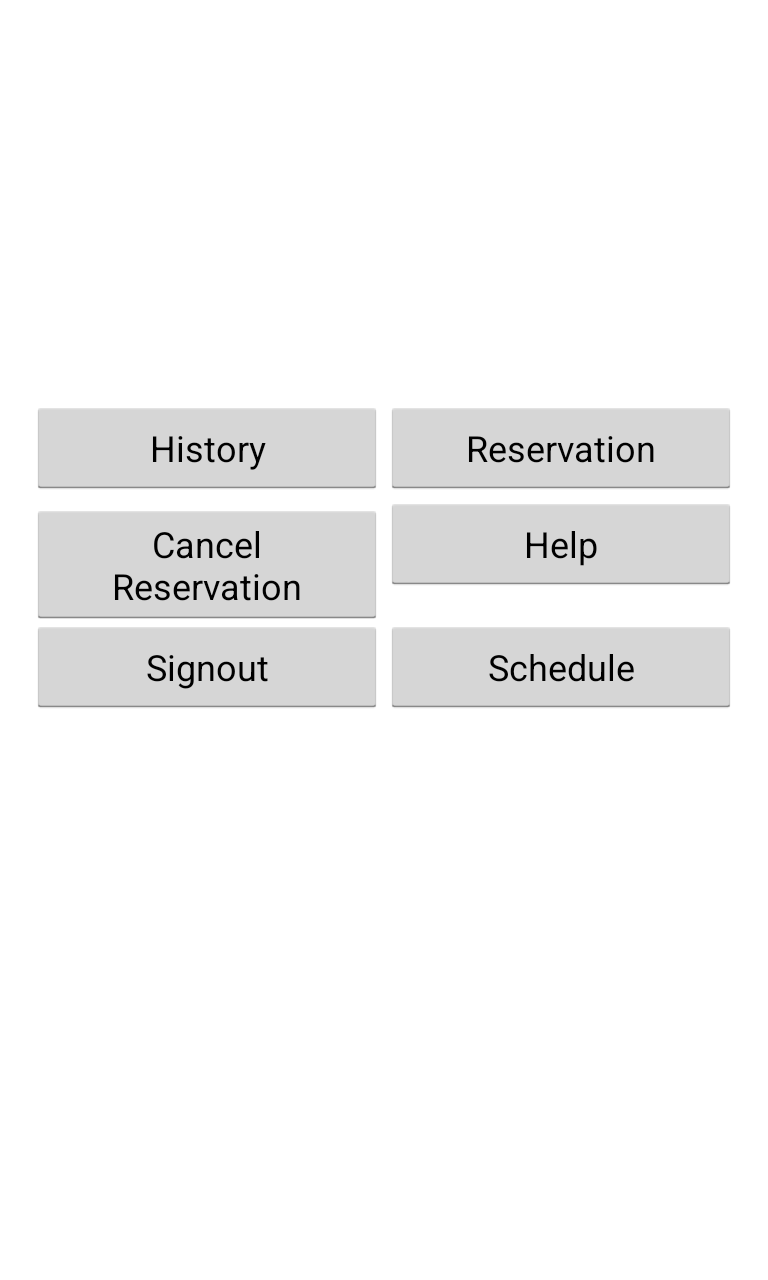
Repository: AungWinnHtut/MScAnd
Layout: com.example.com.engineer4myanmar.rtrs.MainActivity/res/layout/activity_main.xml
These files come from the project's save history. The layout is drawn as it stood at one moment and after the next save; the edit follows.
It is drawn on a 768 x 1280 px phone screen (xhdpi) without system bars, with theme AppTheme; the app's code is not run.

Above is the layout before, as saved 2015-06-21 07:03:21.

After the next save:
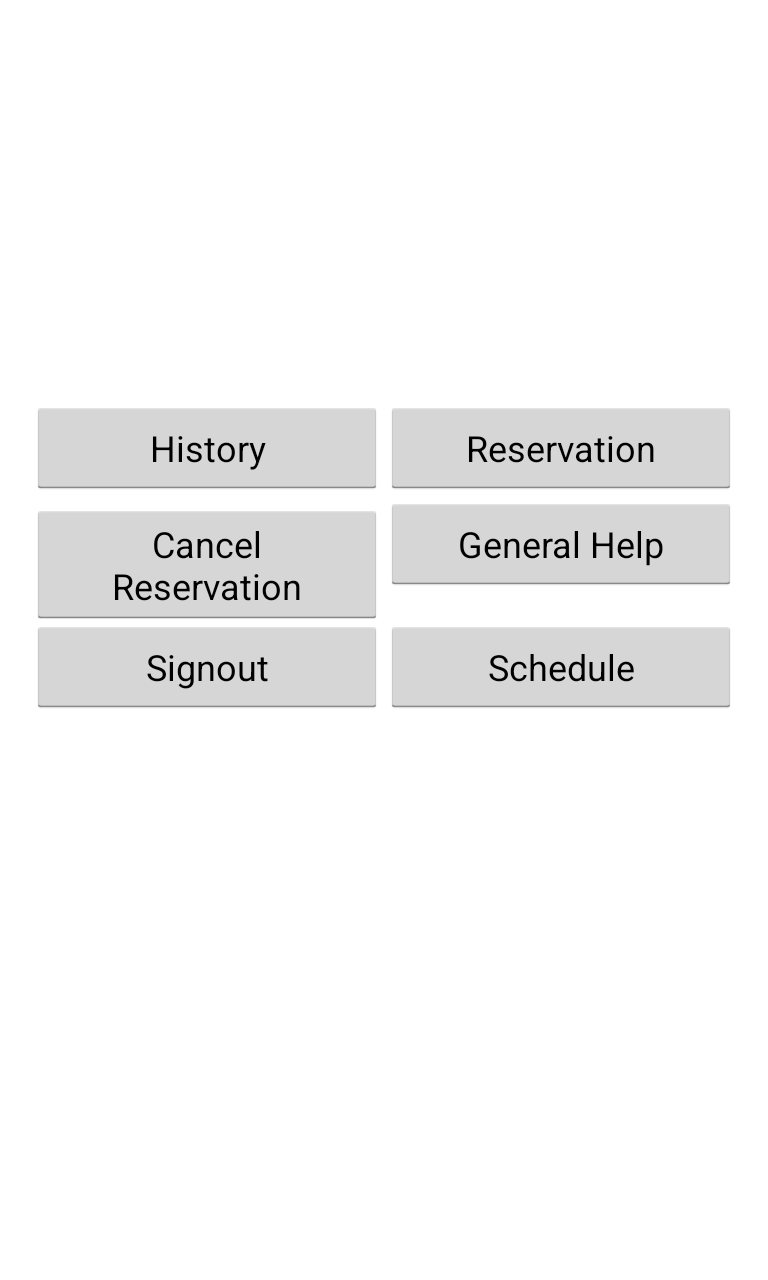
Saved 34 s later.
--- a/com.example.com.engineer4myanmar.rtrs.MainActivity/res/layout/activity_main.xml
+++ b/com.example.com.engineer4myanmar.rtrs.MainActivity/res/layout/activity_main.xml
@@ -49,7 +49,7 @@
             android:layout_width="0dp"
             android:layout_height="wrap_content"
             android:layout_weight="1"
-            android:text="Help" />
+            android:text="General Help" />
 
     </LinearLayout>
 
